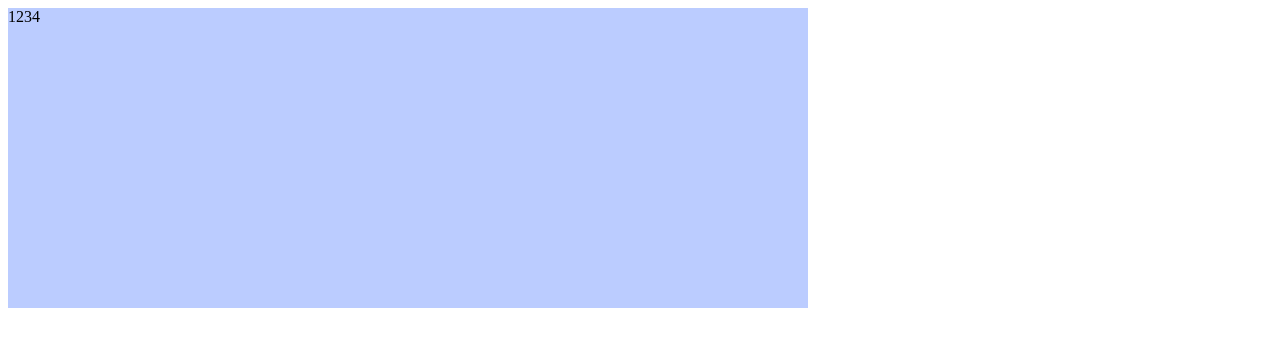
Repository: liutian97/learn1
Page: 移动端web开发/代码/2. Flex 伸缩布局/03-flex设置主轴上的子元素排列方式1.html
The author's editor kept a copy of each file at every save. The page is drawn from the files as they stood at one save, then again after a run of saves.
The browser window is 1280 px wide. The pictures show the whole page.

Above is the page before, as saved 2022-07-02 16:42:52.

After the next 2 saves:
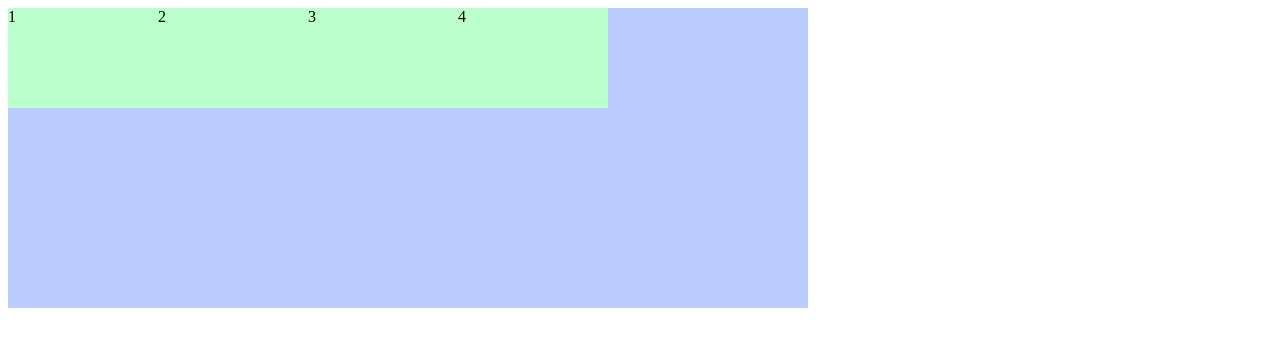
The 2 saves are shown as one change because they came seconds apart.
The last was saved 8 s later.
--- a/移动端web开发/代码/2. Flex 伸缩布局/03-flex设置主轴上的子元素排列方式1.html
+++ b/移动端web开发/代码/2. Flex 伸缩布局/03-flex设置主轴上的子元素排列方式1.html
@@ -15,8 +15,11 @@
       flex-direction: row;
       justify-content: flex-start;
     }
+
     div span {
-
+      width: 150px;
+      height: 100px;
+      background-color: #bfc;
     }
   </style>
 </head>
